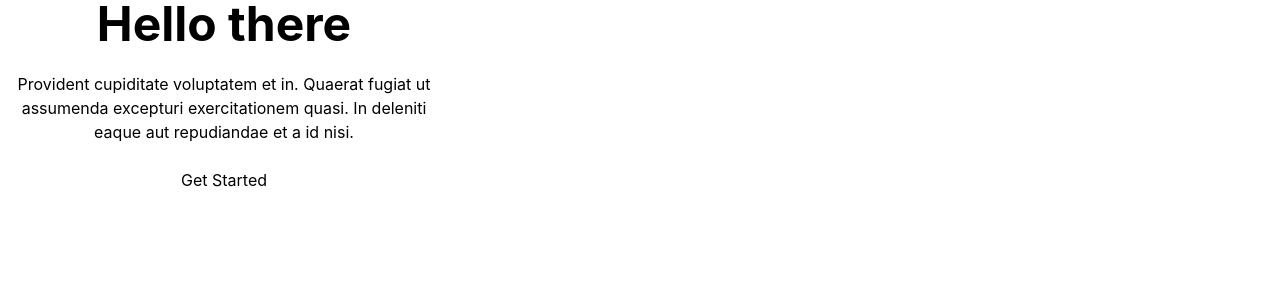
Repository: RahmanRakib9/TwentyOne
Page: /
The author's editor kept a copy of each file at every save. The page is drawn from the files as they stood at one save, then again after the next save.
The browser window is 1280 px wide. The pictures show the whole page.
The project was rebuilt for these pictures with package versions that can differ from the ones it lists, and the page was loaded fresh each time.

Above is the page before, as saved 2022-10-13 17:38:12.

### src/index.css
/* tailwind css directives */
@tailwind base;
@tailwind components;
@tailwind utilities;

body {
  margin: 0;
  font-family: -apple-system, BlinkMacSystemFont, 'Segoe UI', 'Roboto', 'Oxygen',
    'Ubuntu', 'Cantarell', 'Fira Sans', 'Droid Sans', 'Helvetica Neue',
    sans-serif;
  -webkit-font-smoothing: antialiased;
  -moz-osx-font-smoothing: grayscale;
}

code {
  font-family: source-code-pro, Menlo, Monaco, Consolas, 'Courier New',
    monospace;
}

### src/App.js
import React from 'react';
import Timer from './components/Timer';
import './App.css'

const App = () => {
  return (
    <div className='App'>
      <Timer></Timer>
    </div>
  );
};

export default App;

### src/components/Timer.js
import React from "react";
import useCountdown from "../hooks/useCountdown";

const Timer = () => {
  const [second, minute, hour, day] = useCountdown();
  return (
    <div class="hero min-h-screen bg-base-200">
      <div class="hero-content text-center">
        <div class="max-w-md">
          <h1 class="text-5xl font-bold">Hello there</h1>
          <p class="py-6">
            Provident cupiditate voluptatem et in. Quaerat fugiat ut assumenda
            excepturi exercitationem quasi. In deleniti eaque aut repudiandae et
            a id nisi.
          </p>
          <button class="btn btn-primary">Get Started</button>
        </div>
        <div>

        </div>
      </div>
    </div>
  );
};

export default Timer;

### src/hooks/useCountdown.js
/* eslint-disable react-hooks/exhaustive-deps */
import React, { useEffect, useState } from "react";

const useCountdown = () => {
  // state declaration for updating second, minute, and an hour respectively
  const [second, setSecond] = useState(0);
  const [minute, setMinute] = useState(0);
  const [hour, setHour] = useState(0);
  const [day, setDay] = useState(0);

  let timer;
  useEffect(() => {
    timer = setInterval(() => {
      setSecond(second + 1);

      if (second === 59) {
        setMinute(minute + 1);
        setSecond(0);
      }

      if (minute === 59) {
        setHour(hour + 1);
        setMinute(0);
      }

      if (hour === 23 && minute === 59) {
        setDay(day + 1);
        setHour(0);
        setMinute(0);
      }



    }, 1000);

    return () => clearInterval(timer);
  });
  return [second, minute, hour,day];
};

export default useCountdown;

### tailwind.config.js
/** @type {import('tailwindcss').Config} */
module.exports = {
  content: ["./src/**/*.{html,js}"],
  daisyui: {
    themes: [],
  },
  plugins: [require("daisyui")],
};

Loaded but not shown: public/index.html (common file); src/index.js (common file); src/reportWebVitals.js (common file); src/App.css (common file)

After the next save:
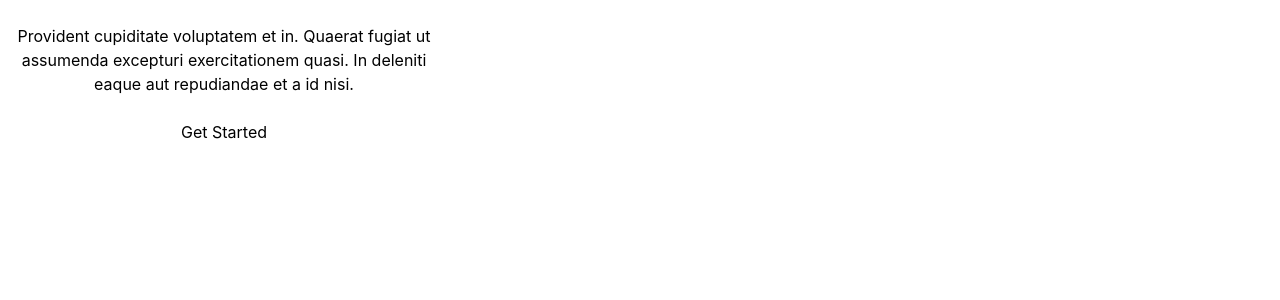
Saved 48 s later.
--- a/src/components/Timer.js
+++ b/src/components/Timer.js
@@ -7,7 +7,7 @@ const Timer = () => {
     <div class="hero min-h-screen bg-base-200">
       <div class="hero-content text-center">
         <div class="max-w-md">
-          <h1 class="text-5xl font-bold">Hello there</h1>
+          <h1 class="text-5xl font-bold"></h1>
           <p class="py-6">
             Provident cupiditate voluptatem et in. Quaerat fugiat ut assumenda
             excepturi exercitationem quasi. In deleniti eaque aut repudiandae et
